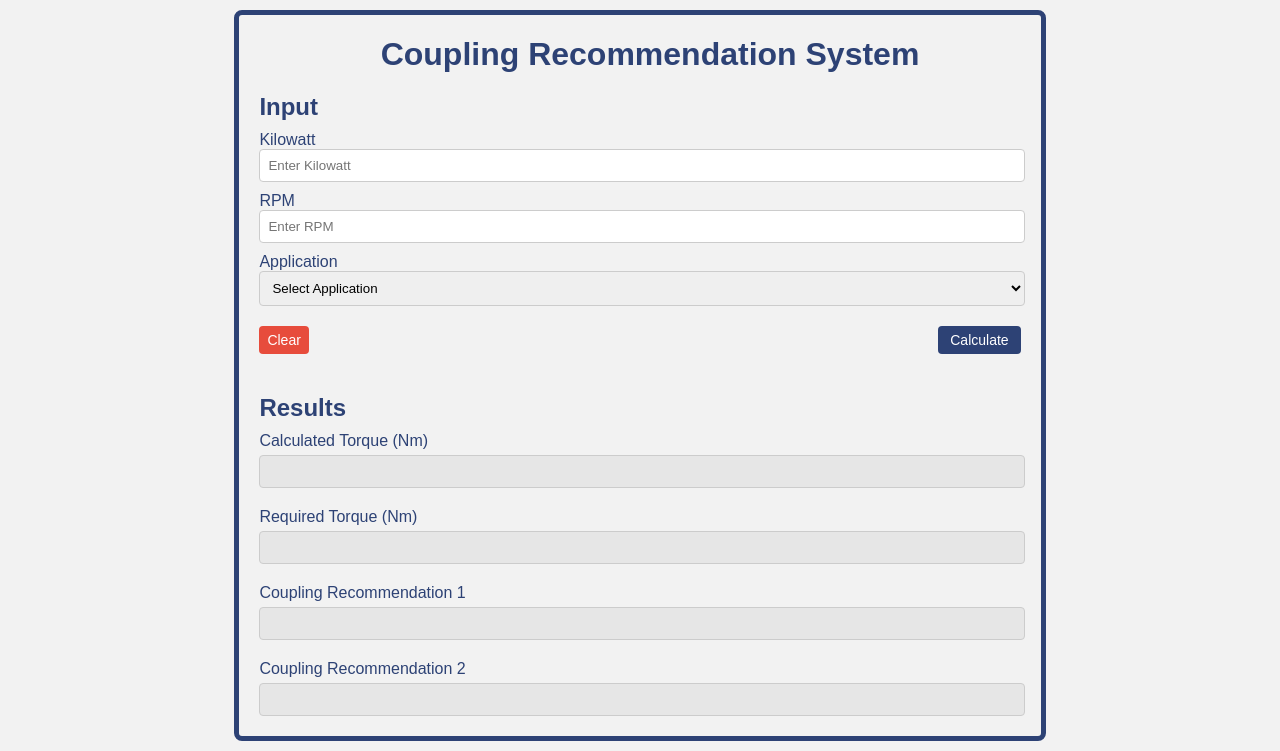
Repository: JustinSadie/calculator
Page: newIndex.html
The author's editor kept a copy of each file at every save. The page is drawn from the files as they stood at one save, then again after the next save.
The browser window is 1280 px wide. The pictures show the whole page.

Above is the page before, as saved 2024-08-25 17:38:41.

After the next save:
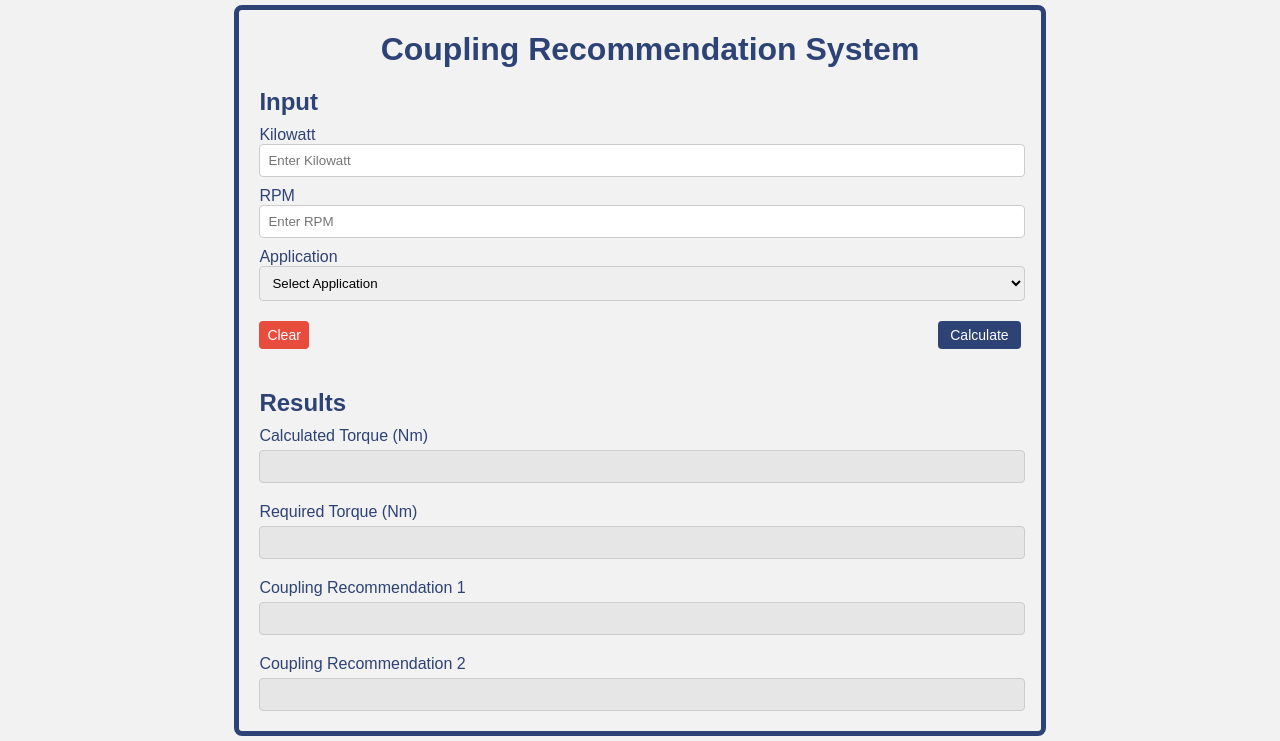
Saved 11 s later.
--- a/newCSS.css
+++ b/newCSS.css
@@ -1,7 +1,7 @@
 /* Overall page styling */
 body {
   font-family: Arial, sans-serif;
-  margin: 10px;
+  margin: 5px;
   padding-left: 20;
   background-color: #f2f2f2;
   color: #2d4275;

After the save that followed:
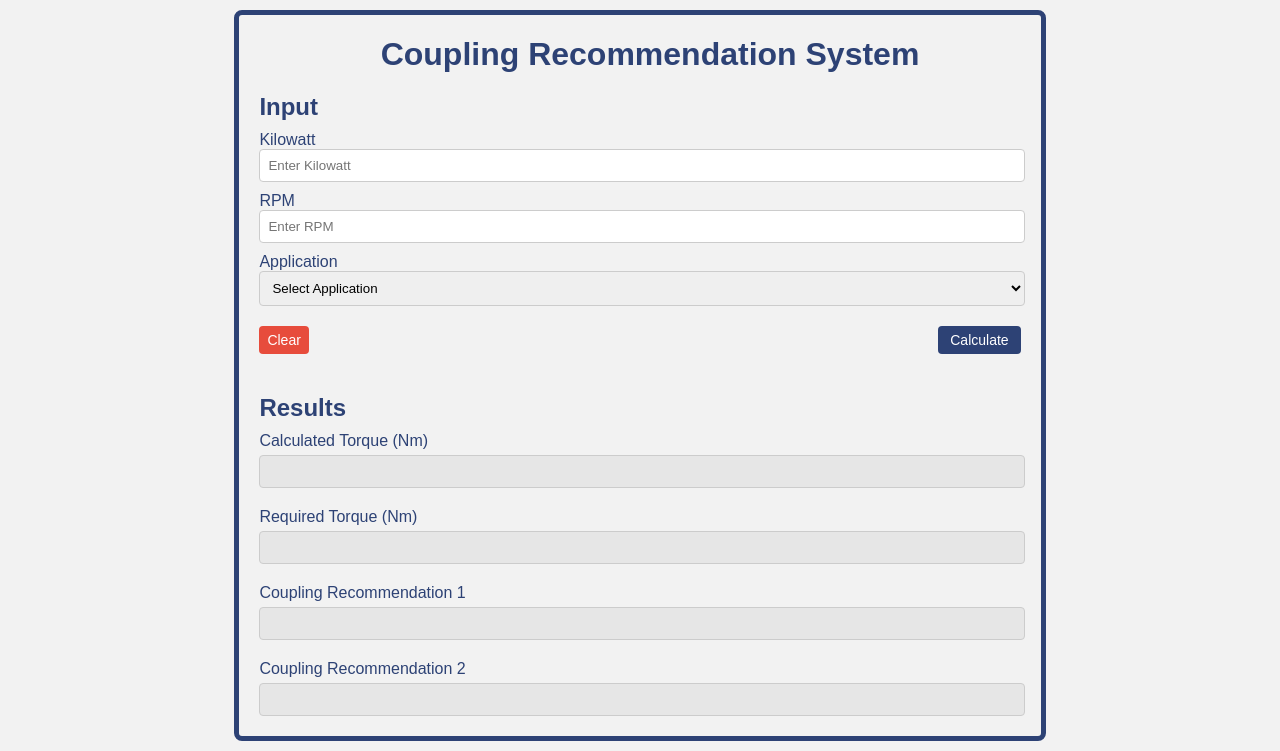
Saved 10 s later.
--- a/newCSS.css
+++ b/newCSS.css
@@ -1,7 +1,7 @@
 /* Overall page styling */
 body {
   font-family: Arial, sans-serif;
-  margin: 5px;
+  margin: 10px;
   padding-left: 20;
   background-color: #f2f2f2;
   color: #2d4275;
